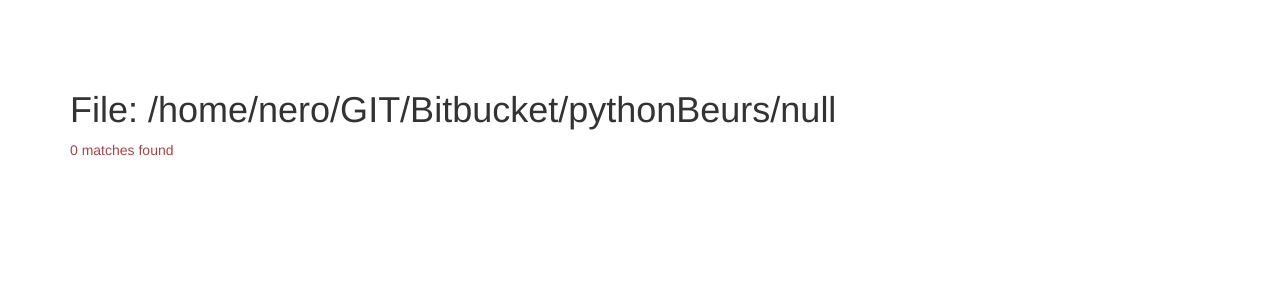
Repository: NeroVanbiervliet/newbeurs-web-terminated
Page: http://localhost/BeursWebApp/support/display_file.jsp
An editor plug-in stored every save of this project. The page is shown before and after a run of saves, followed by the edit.
The browser window is 1280 px wide. The pictures show the whole page.
The page is served by Tomcat 9.

Above is the page before, as saved 2015-10-09 19:39:24.

After the next 2 saves:
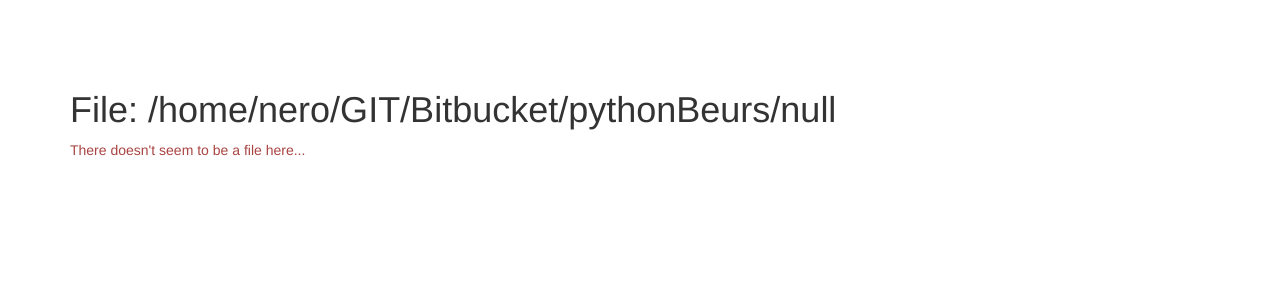
The 2 saves are shown as one change because they came seconds apart.
The last was saved 21 s later.
--- a/BeursWebApp/WebContent/support/display_file.jsp
+++ b/BeursWebApp/WebContent/support/display_file.jsp
@@ -21,7 +21,7 @@
 	}
 	catch(Exception e)
 	{
-		out.write("<div class=\"text-danger\">0 matches found</div>");
+		out.write("<div class=\"text-danger\">There doesn't seem to be a file here...</div>");
 	}
 
 %>
